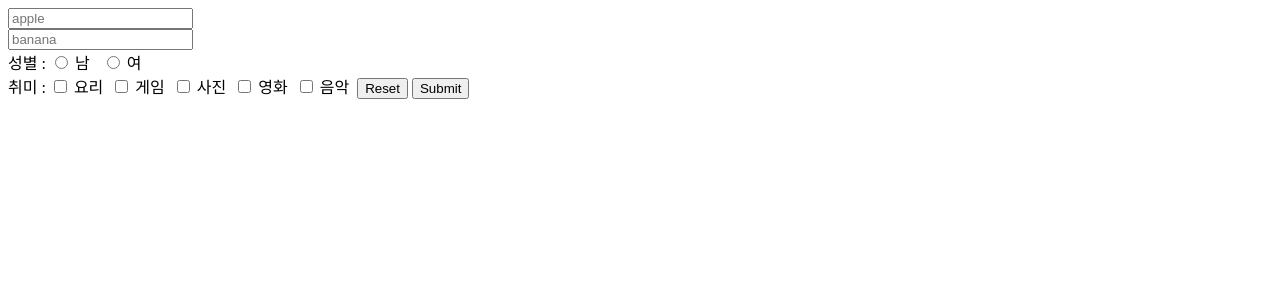
Repository: mickey530/jsp_practice
Page: http://localhost/JSPBasic/JspObject/1.requests/req_param_send.jsp
An editor plug-in stored every save of this project. The page is shown before and after the next save, followed by the edit.
The browser window is 1280 px wide. The pictures show the whole page.
The page is served by Tomcat 9.

Above is the page before, as saved 2022-02-03 06:31:29.

After the next save:
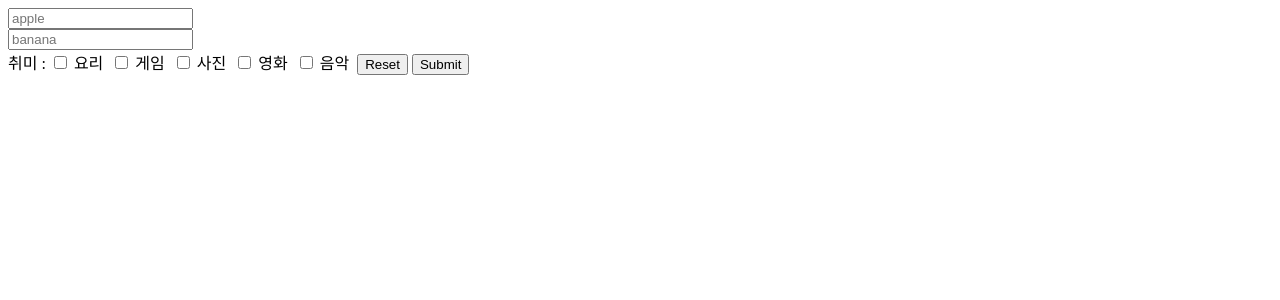
Saved 27 s later.
--- a/JSPBasic/src/main/webapp/JspObject/1.requests/req_param_send.jsp
+++ b/JSPBasic/src/main/webapp/JspObject/1.requests/req_param_send.jsp
@@ -19,11 +19,6 @@ form의 action이 바로 목적지를 적는 부분임.
 	<input type="text" name="apple" placeholder="apple" /><br/>
 	<input type="password" name="banana" placeholder="banana" /><br/>
 
-	성별 :
-	<input type="radio" name="gender" value="man"> 남 &nbsp;
-	<input type="radio" name="gender" value="women"> 여 &nbsp;
-	<br/>
-
 	취미 :
 	<input type="checkbox" name="hobby" value="요리"> 요리&nbsp;
 	<input type="checkbox" name="hobby" value="게임"> 게임&nbsp;
